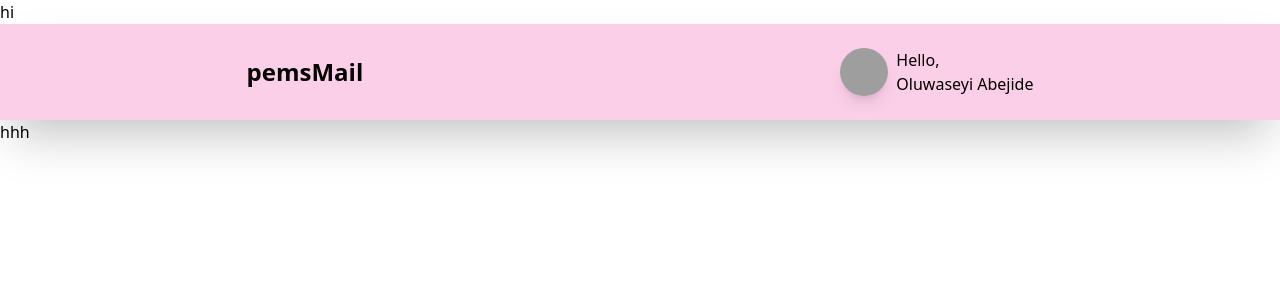
Repository: Semanmernstack/mailclone
Page: /
These files come from the project's save history. The page is drawn as it stood at one moment and after the next save; the edit follows.
The browser window is 1280 px wide. The pictures show the whole page.
Pictures or frames that could not be fetched are drawn as grey boxes. The project was rebuilt for these pictures with package versions that can differ from the ones it lists, and the page was loaded fresh each time. Also part of the build but not shown: src/features/counter/Counter.module.css, src/features/counter/Counter.js.

Above is the page before, as saved 2023-01-16 02:16:46.

### src/App.js
import React from 'react';

import { Counter } from './features/counter/Counter';
import Header from './Header';
import {
  BrowserRouter,
  Routes,
  Route,
} from "react-router-dom";
import Open from './Open';
import Topbar from './Topbar';


function App() {
  return (
    <div className="App">

      <BrowserRouter>
      <Topbar/>
        <Header/>
        <Routes>
          <Route exact path="/" element={<Open/>} />
        </Routes>
      </BrowserRouter>
    </div>
  );
}

export default App;

### src/features/counter/counterSlice.js
import { createAsyncThunk, createSlice } from '@reduxjs/toolkit';
import { fetchCount } from './counterAPI';

const initialState = {
  value: 0,
  status: 'idle',
};

// The function below is called a thunk and allows us to perform async logic. It
// can be dispatched like a regular action: `dispatch(incrementAsync(10))`. This
// will call the thunk with the `dispatch` function as the first argument. Async
// code can then be executed and other actions can be dispatched. Thunks are
// typically used to make async requests.
export const incrementAsync = createAsyncThunk(
  'counter/fetchCount',
  async (amount) => {
    const response = await fetchCount(amount);
    // The value we return becomes the `fulfilled` action payload
    return response.data;
  }
);

export const counterSlice = createSlice({
  name: 'counter',
  initialState,
  // The `reducers` field lets us define reducers and generate associated actions
  reducers: {
    increment: (state) => {
      // Redux Toolkit allows us to write "mutating" logic in reducers. It
      // doesn't actually mutate the state because it uses the Immer library,
      // which detects changes to a "draft state" and produces a brand new
      // immutable state based off those changes
      state.value += 1;
    },
    decrement: (state) => {
      state.value -= 1;
    },
    // Use the PayloadAction type to declare the contents of `action.payload`
    incrementByAmount: (state, action) => {
      state.value += action.payload;
    },
  },
  // The `extraReducers` field lets the slice handle actions defined elsewhere,
  // including actions generated by createAsyncThunk or in other slices.
  extraReducers: (builder) => {
    builder
      .addCase(incrementAsync.pending, (state) => {
        state.status = 'loading';
      })
      .addCase(incrementAsync.fulfilled, (state, action) => {
        state.status = 'idle';
        state.value += action.payload;
      });
  },
});

export const { increment, decrement, incrementByAmount } = counterSlice.actions;

// The function below is called a selector and allows us to select a value from
// the state. Selectors can also be defined inline where they're used instead of
// in the slice file. For example: `useSelector((state: RootState) => state.counter.value)`
export const selectCount = (state) => state.counter.value;

// We can also write thunks by hand, which may contain both sync and async logic.
// Here's an example of conditionally dispatching actions based on current state.
export const incrementIfOdd = (amount) => (dispatch, getState) => {
  const currentValue = selectCount(getState());
  if (currentValue % 2 === 1) {
    dispatch(incrementByAmount(amount));
  }
};

export default counterSlice.reducer;

### src/Header.js
import React from 'react'

function Header() {
  return (
    <div className="flex items-center justify-around p-2     h-24 bg-pink-200 border-b-pink-800 shadow-2xl">
        <div>
            <h1 className="text-lg md:text-2xl font-semibold">pemsMail</h1>

        </div>
        <div className="flex items-center justify-evenly">

            <img className="h-12 w-12 rounded-full shadow-lg" src="https://cdn.pixabay.com/photo/2022/12/01/12/26/countryside-7629017__340.jpg" alt="pic" />
            <div className="ml-2">
                <p>Hello,</p>
                <p>Oluwaseyi Abejide</p>
            </div>
        </div>
    </div>
  )
}

export default Header

### src/Open.js
import React from 'react'

function Open() {
  return (
    <div>
        <h1>hhh</h1>
    </div>
  )
}

export default Open

### src/Topbar.js
import React from 'react'

function Topbar() {
  return (
    <div>hi</div>
  )
}

export default Topbar

Loaded but not shown: public/index.html (common file); src/index.js (common file); src/app/store.js (common file); src/reportWebVitals.js (common file); src/index.css (common file); src/features/counter/counterAPI.js (common file); tailwind.config.js (common file)

After the next save:
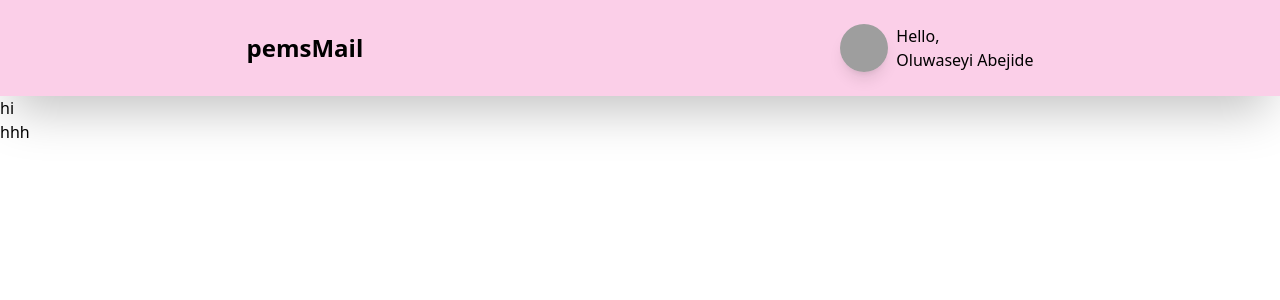
Saved 57 s later.
--- a/src/App.js
+++ b/src/App.js
@@ -16,8 +16,9 @@ function App() {
     <div className="App">
 
       <BrowserRouter>
-      <Topbar/>
+
         <Header/>
+        <Topbar/>
         <Routes>
           <Route exact path="/" element={<Open/>} />
         </Routes>
